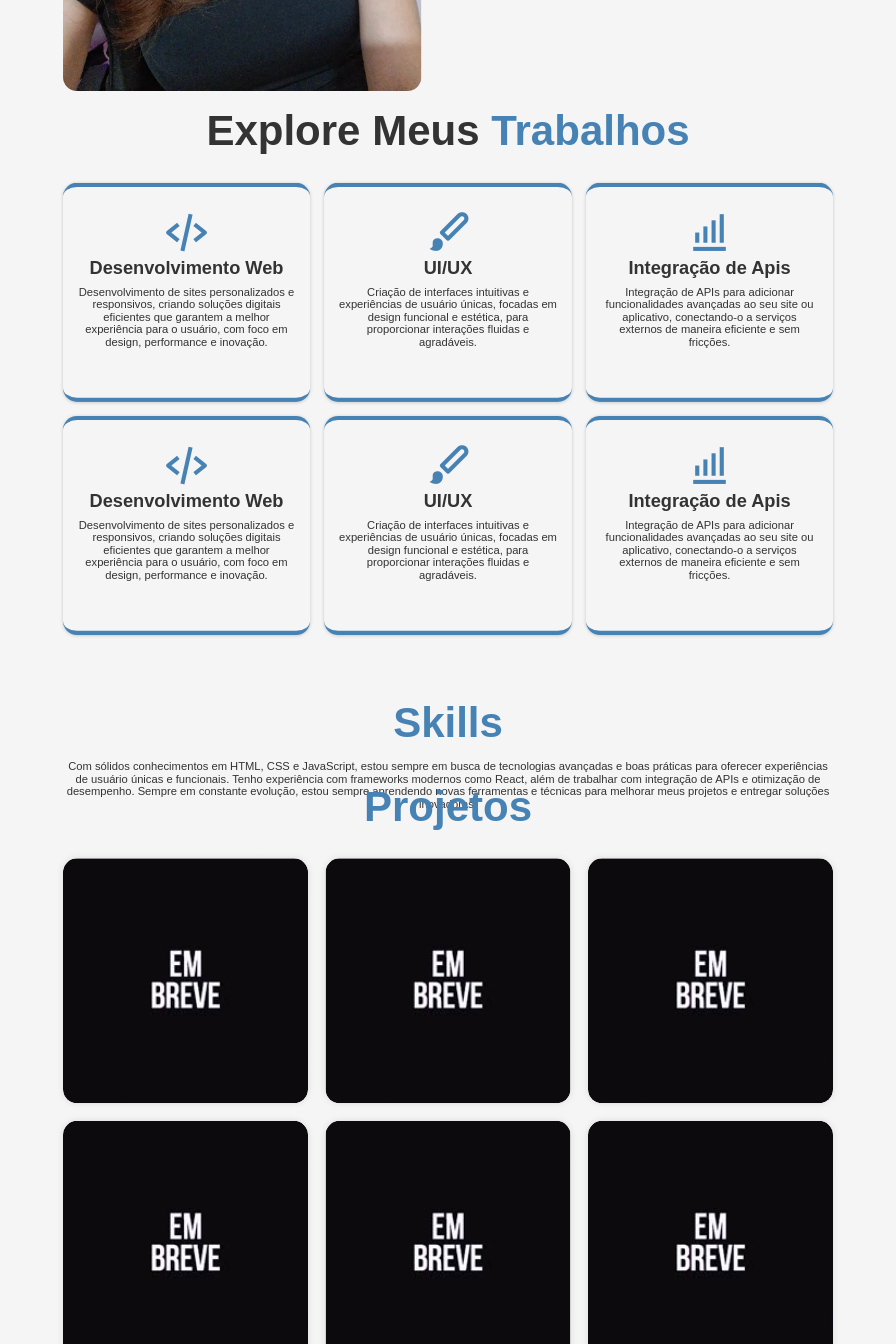
Repository: AliciaKathleen/portfolio-2025
Page: index.html
The author's editor kept a copy of each file at every save. The page is drawn from the files as they stood at one save, then again after the next save.
The browser window is 1280 px wide. The pictures show the part of the page from y = 1373 to 3293 px (the page is 4223 px tall before and 4213 px after), at 70% of full size.

Above is the page before, as saved 2025-01-27 17:13:56.
Console error: TypeError: Cannot read properties of null (reading 'classList')

After the next save:
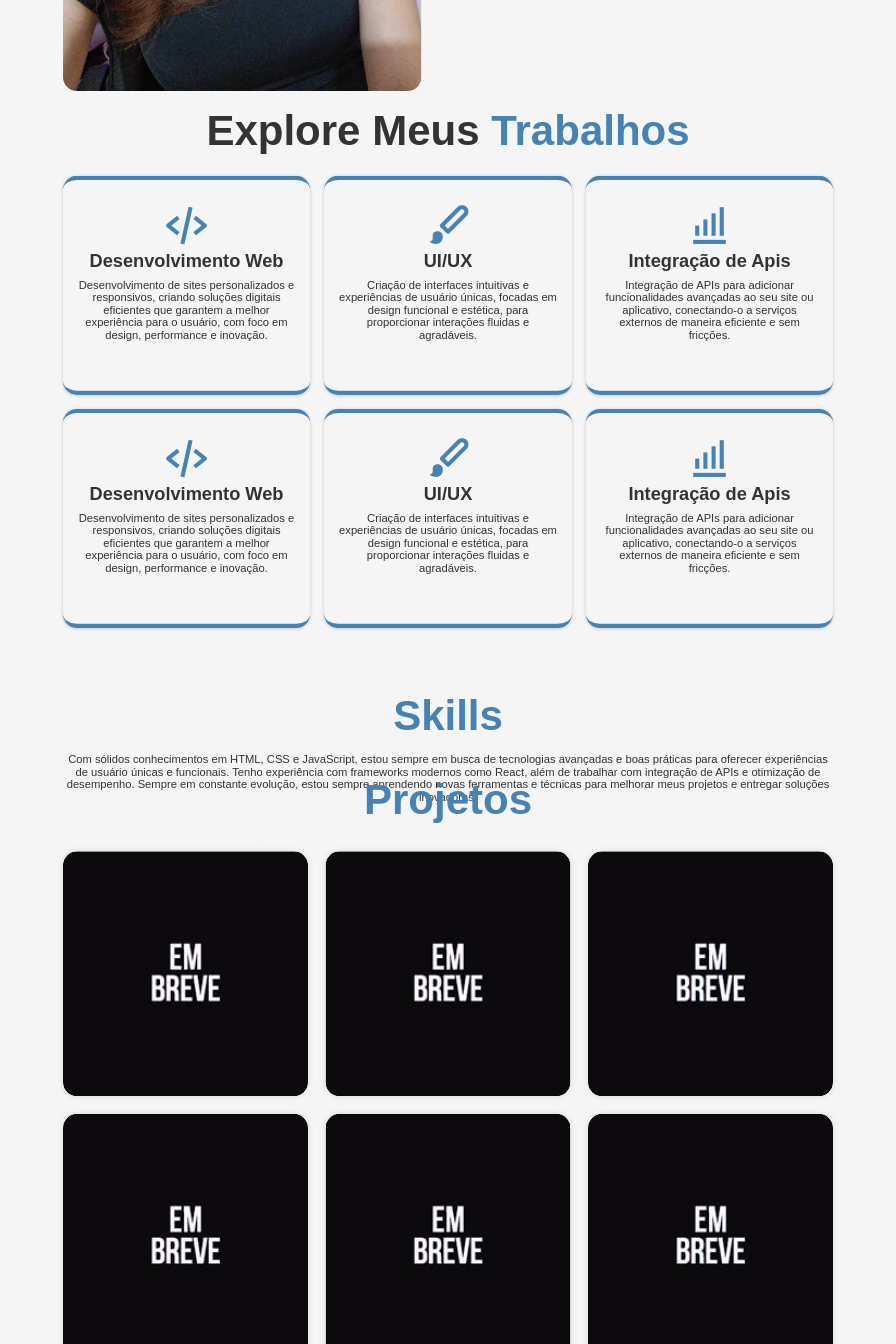
Saved 5 s later.
--- a/style.css
+++ b/style.css
@@ -301,7 +301,7 @@ span {
 }
 
 .services h2 {
-    margin-bottom: 4rem;
+    margin-bottom: 3rem;
 }
 
 .services .services-container {
